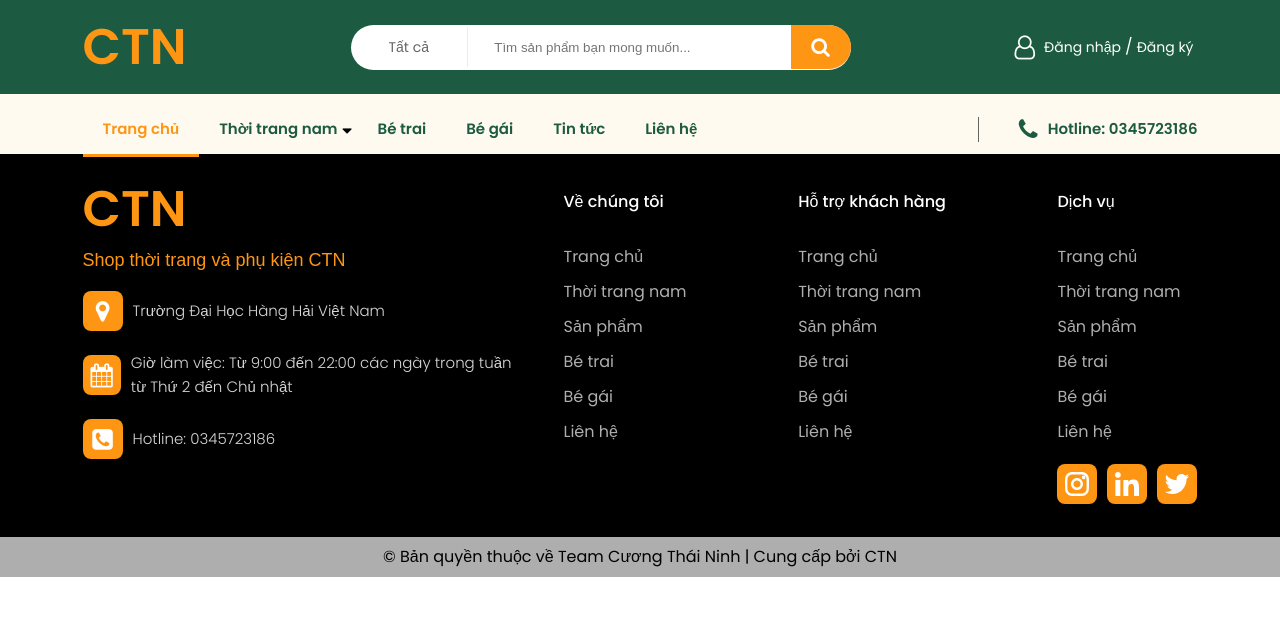
Repository: cuongchua2k2/BaiTapLon-web
Page: category.html
The author's editor kept a copy of each file at every save. The page is drawn from the files as they stood at one save, then again after the next save.
The browser window is 1280 px wide. The pictures show the whole page.

Above is the page before, as saved 2023-12-09 19:48:54.

### category.html
<!DOCTYPE html>
<html lang="en">
  <head>
    <meta charset="UTF-8" />
    <meta name="viewport" content="width=device-width, initial-scale=1.0" />
    <!-- reset css -->
    <link rel="stylesheet" href="./assets/css/reset.css" />
    <!-- style css -->
    <link rel="stylesheet" href="./assets/css/style.css" />
    <!-- icon -->
    <link
      rel="stylesheet"
      href="https://cdnjs.cloudflare.com/ajax/libs/font-awesome/4.7.0/css/font-awesome.min.css"
    />
    <!-- font  -->
    <link rel="stylesheet" href="./assets/font/stylesheet.css" />
    <title>Bài tập lớn - shop bán quần áo</title>
    <script src="./assets/javascript/app.js"></script>
  </head>
  <body>
    <!-- header -->
    <div id="home"></div>
    <header>
      <div id="header">
        <div class="content">
          <!-- header-nav -->
          <div class="nav">
            <div class="nav__logo">
              <a href="./index.html"><span class="logo__content">CTN</span></a>
            </div>
            <!-- search -->
            <div class="nav__search">
              <p class="nav__desc">Tất cả</p>
              <input
                type="text"
                class="nav__txtsearch"
                placeholder="Tìm sản phẩm bạn mong muốn..."
              />
              <button class="nav__btn--search">
                <i class="fa fa-search" style="font-size: 20px"></i>
              </button>
            </div>
            <!-- login -->
            <div class="login">
              <i
                class="fa fa-user-o"
                style="font-size: 24px; color: #fff; margin-right: 5px"
              ></i>
              <a href="#!" class="btn btn-login">Đăng nhập</a>
              <span style="color: #fff">/</span>
              <a href="#!" class="btn btn-create">Đăng ký</a>
            </div>
          </div>
        </div>
      </div>
      <!-- navbar -->
      <div class="navbar">
        <div class="content navbar__content">
          <ul class="navbar__lv1">
            <li>
              <a href="./index.html" class="active lv1__item">Trang chủ</a>
            </li>
            <li class="lv2">
              <a href="#!" class="lv1__item">Thời trang nam</a>
              <i class="fa fa-sort-desc arrow"></i>
              <ul class="navbar__lv2">
                <li>
                  <a href="#!" class="lv1__item">Sơ mi nam</a>
                </li>
                <li>
                  <a href="#!" class="lv1__item">Quần âu nam</a>
                </li>
                <li>
                  <a href="#!" class="lv1__item">Quần short nam</a>
                </li>
              </ul>
            </li>
            <li>
              <a href="#!" class="lv1__item">Bé trai</a>
            </li>
            <li>
              <a href="#!" class="lv1__item">Bé gái</a>
            </li>
            <li>
              <a href="#!" class="lv1__item">Tin tức</a>
            </li>
            <li>
              <a href="#!" class="lv1__item">Liên hệ</a>
            </li>
          </ul>
          <div class="horizontal"></div>
          <a href="tel:0345723186" class="hotline">
            <i class="fa fa-phone" style="font-size: 24px; color: #1c5b41"></i>
            <span class="hotline__desc">Hotline: 0345723186</span>
          </a>
        </div>
      </div>
    </header>
    <!-- main category -->
    <main>
      <div class="category">
        <div class="content">
          <div class="category__nav">
            <a href="" class="category__nav__home"></a>
          </div>
        </div>
      </div>
    </main>
    <!-- footer -->
    <footer>
      <div class="footer-body">
        <div class="content footer__content">
          <div class="footer__left">
            <div class="nav__logo">
              <a href="./index.html"><span class="logo__content">CTN</span></a>
            </div>
            <p class="logo__desc">Shop thời trang và phụ kiện CTN</p>
            <div class="info-shop">
              <!-- location -->
              <i
                class="fa fa-map-marker info__icon"
                style="font-size: 24px"
              ></i>
              <span class="info-shop__desc"
                >Trường Đại Học Hàng Hải Việt Nam</span
              >
            </div>
            <!-- work time -->
            <div class="info-shop">
              <i class="fa fa-calendar info__icon" style="font-size: 24px"></i>
              <span class="info-shop__desc"
                >Giờ làm việc: Từ 9:00 đến 22:00 các ngày trong tuần từ Thứ 2
                đến Chủ nhật</span
              >
            </div>
            <!-- hotline -->
            <div class="info-shop">
              <i
                class="fa fa-phone-square info__icon"
                style="font-size: 24px"
              ></i>
              <a href="tel:0345723186" class="info-shop__desc"
                >Hotline: 0345723186</a
              >
            </div>
          </div>
          <div class="footer__right">
            <!-- menu 1 -->
            <ul class="menu">
              <li class="menu__title">Về chúng tôi</li>
              <li class="menu__item">
                <a href="./index.html">Trang chủ</a>
              </li>
              <li class="menu__item">
                <a href="#!">Thời trang nam</a>
              </li>
              <li class="menu__item">
                <a href="#!">Sản phẩm</a>
              </li>
              <li class="menu__item">
                <a href="#!">Bé trai</a>
              </li>
              <li class="menu__item">
                <a href="#!">Bé gái</a>
              </li>
              <li class="menu__item">
                <a href="#!">Liên hệ</a>
              </li>
            </ul>
            <!-- menu 2 -->
            <ul class="menu">
              <li class="menu__title">Hỗ trợ khách hàng</li>
              <li class="menu__item">
                <a href="./index.html">Trang chủ</a>
              </li>
              <li class="menu__item">
                <a href="#!">Thời trang nam</a>
              </li>
              <li class="menu__item">
                <a href="#!">Sản phẩm</a>
              </li>
              <li class="menu__item">
                <a href="#!">Bé trai</a>
              </li>
              <li class="menu__item">
                <a href="#!">Bé gái</a>
              </li>
              <li class="menu__item">
                <a href="#!">Liên hệ</a>
              </li>
            </ul>
            <!-- menu 3 -->
            <ul class="menu">
              <li class="menu__title">Dịch vụ</li>
              <li class="menu__item">
                <a href="./index.html">Trang chủ</a>
              </li>
              <li class="menu__item">
                <a href="#!">Thời trang nam</a>
              </li>
              <li class="menu__item">
                <a href="#!">Sản phẩm</a>
              </li>
              <li class="menu__item">
                <a href="#!">Bé trai</a>
              </li>
              <li class="menu__item">
                <a href="#!">Bé gái</a>
              </li>
              <li class="menu__item">
                <a href="#!">Liên hệ</a>
              </li>
              <li class="social-network">
                <a href="#!"
                  ><img
                    src="./assets/img/Instagram.svg"
                    alt=""
                    class="info__icon"
                /></a>
                <a href="#!"
                  ><img
                    src="./assets/img/linked_in.svg"
                    alt=""
                    class="info__icon"
                /></a>
                <a href="#!"
                  ><img
                    src="./assets/img/twitter.svg"
                    alt=""
                    class="info__icon"
                /></a>
              </li>
            </ul>
          </div>
        </div>
      </div>
      <div class="exclusive">
        <span class="exclusive__desc"
          >© Bản quyền thuộc về Team Cương Thái Ninh | Cung cấp bởi CTN
        </span>
      </div>
    </footer>
  </body>
</html>

### assets/css/style.css
:root {
  --primary-color: #fe9614;
}

* {
  box-sizing: border-box;
}

html,
body {
  scroll-behavior: smooth;
}

html {
  font-size: 62.5%;
}

body {
  font-family: "Poppins", sans-serif;
  font-size: 1.6rem;
  /* height: 5000px; */
}

/* =====================common ======================*/

a {
  text-decoration: none;
}

.content {
  width: 1115px;
  max-width: calc(100% - 48px);
  margin: 0px auto;
}

.btn {
  text-decoration: none;
  color: #fff;
  font-size: 1.4rem;
  font-weight: 400;
}

.btn:hover {
  opacity: 0.7;
  color: var(--primary-color);
}

/* =====================header========================= */

/* =========== header nav===============*/

header {
  position: sticky;
  top: -95px;
  z-index: 1;
}

#header {
  padding: 22px 0;
  background-color: #1c5b41;
}

.nav {
  display: flex;
  justify-content: space-between;
  align-items: center;
}

.logo__content {
  font-size: 5rem;
  font-weight: 600;
  color: var(--primary-color);
}

.nav__search {
  height: 45px;
  width: 500px;
  padding: 4px 0;
  display: flex;
  justify-content: space-between;
  align-items: center;
  background-color: #fff;
  border-radius: 999px;
}

.nav__desc {
  opacity: 0.7;
  padding: 13px 38px;
  font-size: 1.4rem;
  color: #212529;
  font-weight: 400;
  border-right: 1px solid #e5e5e5;
}

.nav__txtsearch {
  width: 300px;
  height: 40px;
  padding: 15px;
  border: none;
}

.nav__btn--search {
  cursor: pointer;
  height: 44px;
  width: 60px;
  border-radius: 0 40px 40px 0;
  color: #fff;
  background: var(--primary-color);
  border: var(--primary-color);
}

.nav__btn--search:hover {
  background-color: #fff;
  color: var(--primary-color);
}

.login {
  display: flex;
  align-items: center;
}

.btn-login,
.btn-create {
  padding: 8px 4px;
}

/* ===========navbar=============== */

.navbar {
  background-color: #fffaf0;
  padding: 5px 10px;
  height: 60px;
}

.navbar__content {
  display: flex;
  align-items: center;
  justify-content: space-between;
  line-height: 60px;
}

.horizontal {
  height: 25px;
  opacity: 0.7;
  width: 1px;
  background-color: #212529;
  margin-left: auto;
}

.navbar__lv1 {
  display: flex;
}

.lv1__item {
  padding: 15px 20px;
  font-weight: 600;
  font-size: 1.5rem;
  color: #1c5b41;
}

.lv1__item:hover {
  color: var(--primary-color);
}

.hotline {
  display: flex;
  align-items: center;
  margin-left: 40px;
}

.hotline__desc {
  margin-left: 10px;
  font-weight: 600;
  font-size: 1.5rem;
  color: #1c5b41;
}

.hotline__desc:hover {
  color: var(--primary-color);
}

.lv2 {
  position: relative;
}

.navbar__lv2 {
  display: none;
  margin-top: -7px;
  position: absolute;
  background-color: #fff;
  min-width: 200px;
  transform: perspective(600px) rotateX(0deg);
  z-index: 1;
}

.navbar__lv2 > li:not(:first-child) {
  border-top: 1px solid #666;
}

.navbar__lv2 > li > .lv1__item {
  display: inline-block;
  padding: 0 30px;
}

.lv2:hover .navbar__lv2 {
  display: block;
}

.arrow {
  position: absolute;
  top: 20px;
  right: 6px;
}

.lv1__item.active {
  color: var(--primary-color);
  border-bottom: 3px solid var(--primary-color);
}

/* ======================================main================== */

/* ==================banner================ */

.banner {
  background-color: #9f9b8f;
}

.banner__image {
  width: 100%;
  object-fit: cover;
  transform: translateX(-100%);
  transition: ease 3s;
}

.banner__list {
  display: flex;
  overflow: hidden;
}

.banner__content {
  position: relative;
}

.dot__list {
  position: absolute;
  bottom: -10px;
  left: 50%;
}

.dot {
  cursor: pointer;
  display: inline-block;
  height: 10px;
  width: 10px;
  border-radius: 50%;
  background-color: #6c757d;
  transition: background-color 0.6s ease;
}

.dot:hover {
  background-color: var(--primary-color);
}

/* sale */

.sale {
  background-color: var(--primary-color);
}

.sale__image {
  width: 100%;
}

/* ===============product-hot============== */

.product-hot {
  padding: 50px 0;
  background-color: #fffaf0;
}

.title-section {
  position: relative;
  margin-bottom: 60px;
  font-family: "Montserrat", sans-serif;
  font-weight: 700;
  letter-spacing: 0;
  font-size: 4rem;
  color: #1c5b41;
}

.title-section::before {
  position: absolute;
  top: -20px;
  display: inline-block;
  content: "";
  height: 3px;
  width: 110px;
  background-color: var(--primary-color);
}

.product__list {
  display: flex;
  justify-content: space-between;
  flex-wrap: wrap;
  gap: 25px 20px;
}

.product__image {
  height: 200px;
  width: 200px;
  object-fit: cover;
  border-radius: 10px;
}

.product__desc {
  margin: 10px 0;
  overflow: hidden;
  white-space: nowrap;
  color: #454545;
  font-weight: 300;
  font-size: 1.4rem;
  line-height: 20px;
}

.price {
  font-size: 1.6rem;
  line-height: 20px;
  color: var(--primary-color);
}

.cta {
  text-align: center;
  margin-top: 60px;
}

.btn__view-all {
  display: inline-block;
  padding: 20px 70px;
  font-weight: 700;
  font-size: 1.8rem;
  line-height: 22px;
  color: #fff;
  background: #1c5b41;
  border-radius: 10px;
}

.btn__view-all:hover {
  opacity: 1;
  background-color: var(--primary-color);
  color: #fff;
}

/*==================== product new================= */

.product-new {
  padding: 90px 0;
}

.product-new__body {
  display: flex;
  justify-content: space-between;
  align-items: flex-start;
}

.body__left {
  width: 40%;
}

.body__right {
  margin-left: 30px;
  width: 60%;
}

.product-new__image {
  width: 100%;
  height: 545px;
  object-fit: cover;
  border-radius: 10px;
}

/*=========================== product same price========================== */

.same-price {
  background-color: #1c5b41;
  padding: 60px 0;
}

.same-price__banner {
  width: 100%;
  height: auto;
  border-radius: 10px;
  margin-bottom: 20px;
}

.same-price__title {
  color: #fff;
}

.btn__same-price {
  display: inline-block;
  padding: 20px 70px;
  font-weight: 700;
  font-size: 1.8rem;
  line-height: 22px;
  color: #fff;
  background: var(--primary-color);
  border-radius: 10px;
}

.btn__same-price:hover {
  opacity: 1;
  background-color: #fff;
  color: var(--primary-color);
}

.same-price__desc {
  color: #fff;
}

.product__item {
  position: relative;
}

.buy-product {
  display: none;
  width: 100%;
  padding: 7px;
  position: absolute;
  top: 163px;
  border-radius: 0 0 10px 10px;
  background-color: #6c757d;
}

.product__item:hover .buy-product {
  display: inline-flex;
  align-items: center;
  justify-content: center;
}

.buy-product:hover {
  background-color: var(--primary-color);
}

.buy-product__desc {
  color: #fff;
  font-size: 1.4rem;
  margin-left: 3px;
}

/* ==============good price====================== */

.good-price {
  background-color: #fffaf0;
}

/* ============all local brand */

.brand__img {
  width: 100%;
  object-fit: cover;
}

/* ===========================footer======================= */

.footer-body {
  padding: 30px 0;
  background-color: #000;
}
.footer__content {
  display: flex;
  align-items: flex-start;
}

.footer__left {
  width: 40%;
  margin-right: 35px;
}

.logo__desc {
  font-family: "Montserrat", sans-serif;
  font-weight: 500;
  font-size: 1.8rem;
  line-height: 22px;
  color: #fe9614;
  margin-top: 15px;
}

.info-shop {
  margin-top: 20px;
  display: flex;
  align-items: center;
}

.info__icon {
  text-align: center;
  width: 40px;
  height: 40px;
  padding: 8px;
  line-height: 40px;
  border-radius: 8px;
  color: #fff;
  background-color: var(--primary-color);
}

.info-shop__desc {
  margin-left: 10px;
  font-size: 1.5rem;
  line-height: 1.6;
  color: #ffffffd6;
  font-weight: 300;
}

.footer__right {
  width: calc(60% - 35px);
  display: flex;
  justify-content: space-between;
  gap: 0 20px;
}

.menu__title {
  font-weight: 500;
  font-size: 1.6rem;
  line-height: 35px;
  color: #ffffff;
  margin-bottom: 20px;
}

.menu__item > a {
  font-weight: 400;
  font-size: 1.6rem;
  line-height: 35px;
  color: #aeaeae;
}

.menu__item > a:hover {
  color: var(--primary-color);
}

.social-network {
  margin-top: 15px;
  display: flex;
  gap: 10px;
}

.exclusive {
  background-color: #aeaeae;
  padding: 12px 0;
  text-align: center;
}

### assets/font/stylesheet.css
@font-face {
    font-family: 'Poppins';
    src: url('Poppins-Black.woff2') format('woff2'),
        url('Poppins-Black.woff') format('woff');
    font-weight: 900;
    font-style: normal;
    font-display: swap;
}

@font-face {
    font-family: 'Poppins';
    src: url('Poppins-Bold.woff2') format('woff2'),
        url('Poppins-Bold.woff') format('woff');
    font-weight: bold;
    font-style: normal;
    font-display: swap;
}

@font-face {
    font-family: 'Poppins';
    src: url('Poppins-BlackItalic.woff2') format('woff2'),
        url('Poppins-BlackItalic.woff') format('woff');
    font-weight: 900;
    font-style: italic;
    font-display: swap;
}

@font-face {
    font-family: 'Poppins';
    src: url('Poppins-BoldItalic.woff2') format('woff2'),
        url('Poppins-BoldItalic.woff') format('woff');
    font-weight: bold;
    font-style: italic;
    font-display: swap;
}

@font-face {
    font-family: 'Poppins';
    src: url('Poppins-ExtraLightItalic.woff2') format('woff2'),
        url('Poppins-ExtraLightItalic.woff') format('woff');
    font-weight: 200;
    font-style: italic;
    font-display: swap;
}

@font-face {
    font-family: 'Poppins';
    src: url('Poppins-ExtraBoldItalic.woff2') format('woff2'),
        url('Poppins-ExtraBoldItalic.woff') format('woff');
    font-weight: bold;
    font-style: italic;
    font-display: swap;
}

@font-face {
    font-family: 'Poppins';
    src: url('Poppins-ExtraBold.woff2') format('woff2'),
        url('Poppins-ExtraBold.woff') format('woff');
    font-weight: bold;
    font-style: normal;
    font-display: swap;
}

@font-face {
    font-family: 'Poppins';
    src: url('Poppins-Italic.woff2') format('woff2'),
        url('Poppins-Italic.woff') format('woff');
    font-weight: normal;
    font-style: italic;
    font-display: swap;
}

@font-face {
    font-family: 'Poppins';
    src: url('Poppins-ExtraLight.woff2') format('woff2'),
        url('Poppins-ExtraLight.woff') format('woff');
    font-weight: 200;
    font-style: normal;
    font-display: swap;
}

@font-face {
    font-family: 'Poppins';
    src: url('Poppins-Regular.woff2') format('woff2'),
        url('Poppins-Regular.woff') format('woff');
    font-weight: normal;
    font-style: normal;
    font-display: swap;
}

@font-face {
    font-family: 'Poppins';
    src: url('Poppins-LightItalic.woff2') format('woff2'),
        url('Poppins-LightItalic.woff') format('woff');
    font-weight: 300;
    font-style: italic;
    font-display: swap;
}

@font-face {
    font-family: 'Poppins';
    src: url('Poppins-SemiBold.woff2') format('woff2'),
        url('Poppins-SemiBold.woff') format('woff');
    font-weight: 600;
    font-style: normal;
    font-display: swap;
}

@font-face {
    font-family: 'Poppins';
    src: url('Poppins-Light.woff2') format('woff2'),
        url('Poppins-Light.woff') format('woff');
    font-weight: 300;
    font-style: normal;
    font-display: swap;
}

@font-face {
    font-family: 'Poppins';
    src: url('Poppins-Medium.woff2') format('woff2'),
        url('Poppins-Medium.woff') format('woff');
    font-weight: 500;
    font-style: normal;
    font-display: swap;
}

@font-face {
    font-family: 'Poppins';
    src: url('Poppins-MediumItalic.woff2') format('woff2'),
        url('Poppins-MediumItalic.woff') format('woff');
    font-weight: 500;
    font-style: italic;
    font-display: swap;
}

@font-face {
    font-family: 'Poppins';
    src: url('Poppins-Thin.woff2') format('woff2'),
        url('Poppins-Thin.woff') format('woff');
    font-weight: 100;
    font-style: normal;
    font-display: swap;
}

@font-face {
    font-family: 'Poppins';
    src: url('Poppins-ThinItalic.woff2') format('woff2'),
        url('Poppins-ThinItalic.woff') format('woff');
    font-weight: 100;
    font-style: italic;
    font-display: swap;
}

@font-face {
    font-family: 'Poppins';
    src: url('Poppins-SemiBoldItalic.woff2') format('woff2'),
        url('Poppins-SemiBoldItalic.woff') format('woff');
    font-weight: 600;
    font-style: italic;
    font-display: swap;
}

Loaded but not shown: assets/css/reset.css (common file); assets/javascript/app.js (empty)

After the next save:
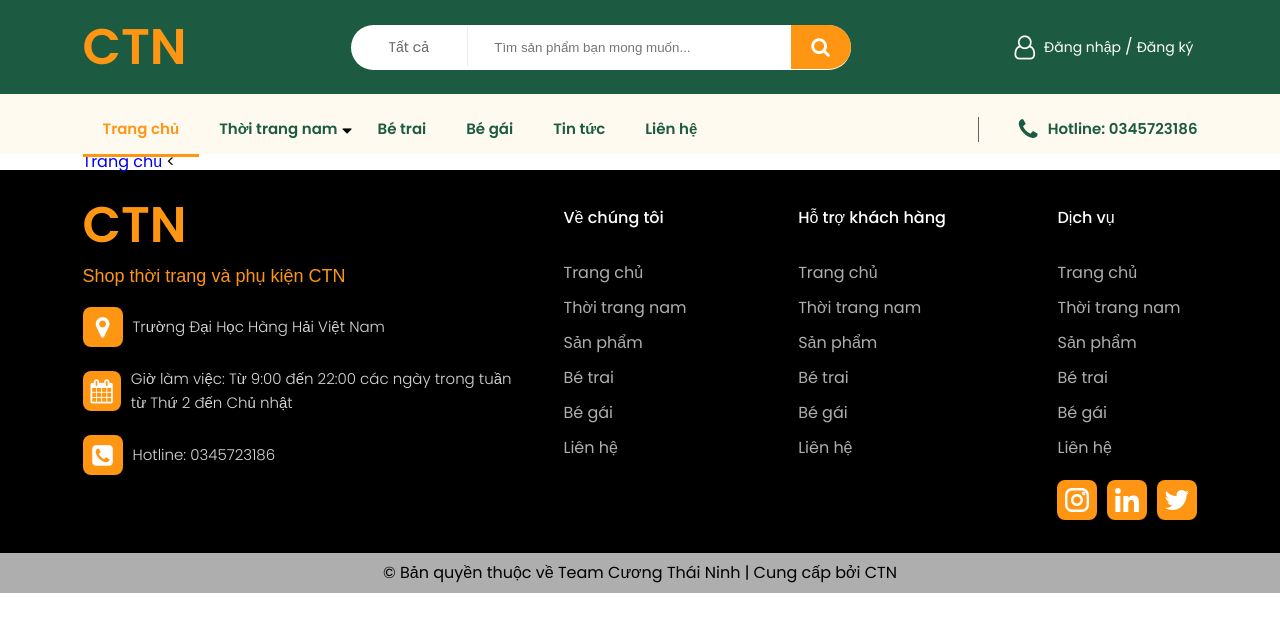
Saved 35 s later.
--- a/category.html
+++ b/category.html
@@ -101,7 +101,8 @@
       <div class="category">
         <div class="content">
           <div class="category__nav">
-            <a href="" class="category__nav__home"></a>
+            <a href="./index.html" class="category__nav__home">Trang chủ</a>
+            <span>&lt;</span>
           </div>
         </div>
       </div>
